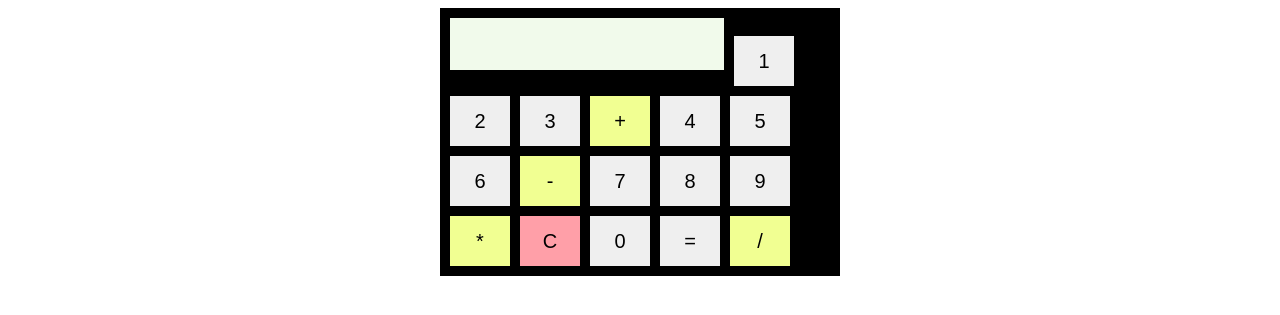
Repository: Drumstrum88/LAB-calculator
Page: index.html
These files come from the project's save history. The page is drawn as it stood at one moment and after the next save; the edit follows.
The browser window is 1280 px wide. The pictures show the whole page.

Above is the page before, as saved 2023-04-15 14:58:06.

### index.html
<!DOCTYPE html>
<html lang="en">
<head>
  <meta charset="UTF-8">
  <meta http-equiv="X-UA-Compatible" content="IE=edge">
  <meta name="viewport" content="width=device-width, initial-scale=1.0">
  <title>Calculator</title>
  <link rel="stylesheet" href="main.css">
</head>
<body>
  <div class="center-div">
  <input type="text" name="input" size="16" id="answer"><br>
  <input type="button" name="one" value="1" onclick="calc.input.value += '1'">
            <input type="button" name="two" value="2" onclick="calc.input.value += '2'">
            <input type="button" name="three" value="3" onclick="calc.input.value += '3'">
            <input type="button" class="operator" name="plus" value="+" onclick="calc.input.value += '+'">
            <br>
            <input type="button" name="four" value="4" onclick="calc.input.value += '4'">
            <input type="button" name="five" value="5" onclick="calc.input.value += '5'">
            <input type="button" name="six" value="6" onclick="calc.input.value += '6'">
            <input type="button" class="operator" name="minus" value="-" onclick="calc.input.value += '-'">
             <br>
             <input type="button" name="seven" value="7" onclick="calc.input.value += '7'">
             <input type="button" name="eight" value="8" onclick="calc.input.value += '8'">
             <input type="button" name="nine" value="9" onclick="calc.input.value += '9'">
             <input type="button" class="operator" name="times" value="*" onclick="calc.input.value += '*'">
             <br>
             <input type="button" id="clear" name="clear" value=" C " onclick="calc.input.value=''">
             <input type="button" name="zero" value="0" onclick="clac.input.value +='0'">
             <input type="button" name="doit" value=" = " onclick="calc.input.value=eval(calc.input.value)">
             <input type="button" class="operator" name="div" value="/" onclick="calc.input.value += '/'">
            </div>
  </body>
</html>

### main.css
body {
  display: flex;
  justify-content: center;
  align-items: center;
}
.center-div {
  width: 400px;
  background-color: black;

}

input{
  outline: 0;
  position: relative;
  left: 5px;
  top: 5px;
  border: 0;
  color:lightg;
  background-color: 4px;
  width: 60px;
  height: 50px;
  float: left;
  margin: 5px;
  font-size: 20px;
  box-shadow: 0 4px rgba(0,0,0,0.2);
}

.operator{
  background-color: #f1ff92;
  position: relative;
}


#clear{
  float: left;
  position: relative;
  display: block;
  background-color: #ff9fa8;
  margin-bottom: 15px;
}

#answer{
  width: 270px;
  font-size: 26px;
  text-align: center;
  background-color: #f1faeb;
  float: left;
}
/* answer hover effect */
#answer:hover{
  width: 270px;
  font-size: 26px;
  text-align: center;
  box-shadow: 0 4px rgba(0,0,0,0.2);
  background-color: #f1faeb;
}

input:hover{
  border: 0 solid #000;
  color: #495069;
  background-color: #8f5fda;
  border-radius: 4px;
  width: 60px;
  height: 50px;
  float: left;
  margin: 5px;
  font-size: 20px;
  box-shadow: 0 4px #644294;
}
/* hover */
.operator:hover{
  background-color: #e7f56b;
  box-shadow: 0 4px #b7c259;
}
/* hover */
#clear:hover{
  float: left;
  display: block;
  background-color: #f297a0;
  margin-bottom: 15px;
  box-shadow: 0 4px #cc7f86;
}

After the next save:
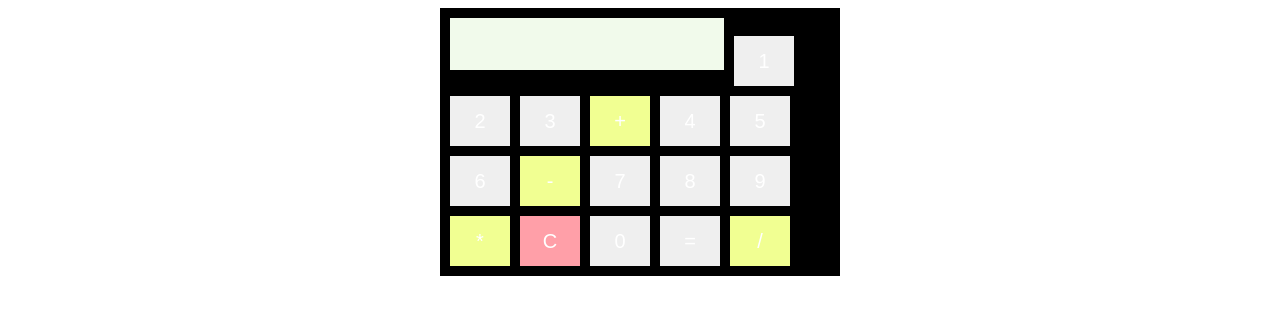
Saved 11 s later.
--- a/main.css
+++ b/main.css
@@ -15,7 +15,7 @@ input{
   left: 5px;
   top: 5px;
   border: 0;
-  color:lightg;
+  color:white;
   background-color: 4px;
   width: 60px;
   height: 50px;
